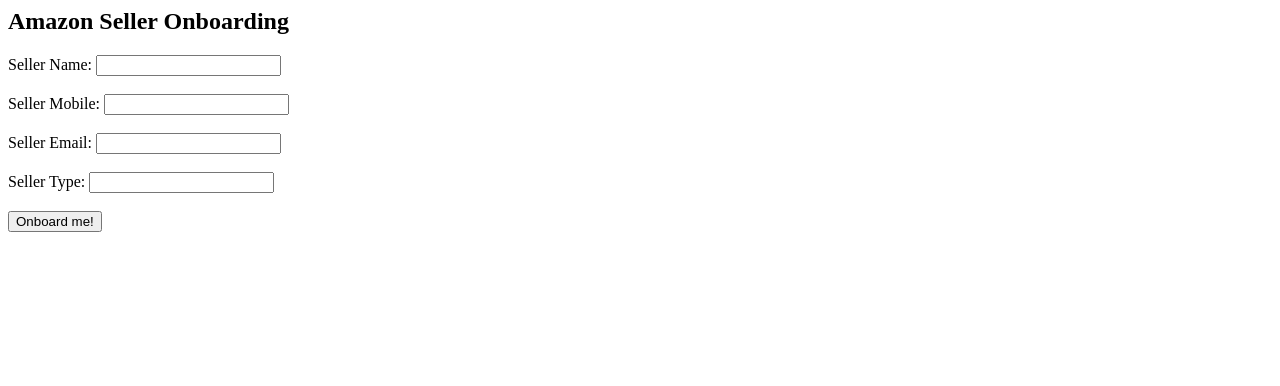
Repository: munnaksah/spring-framework-core
Page: http://localhost/Amazon-Reseller-Onboarding/
These files come from the project's save history. The page is drawn as it stood at one moment and after the next save; the edit follows.
The browser window is 1280 px wide. The pictures show the whole page.
The page is served by Tomcat 9. Other server files are loaded and not shown.

Above is the page before, as saved 2026-04-04 09:56:36.

### Amazon-Reseller-Onboarding/src/main/webapp/index.jsp
<html>
<body>
	<h2>Amazon Seller Onboarding</h2>

	<form action="onboarding" method="post">

		Seller Name: <input type="text" name="sellerName"><br><br>

		Seller Mobile: <input type="text" name="sellerMobile"><br><br>

		Seller Email: <input type="text" name="sellerEmail"><br><br>

		Seller Type: <input type="text" name="sellerType"><br><br>

		<input type="submit" value="Onboard me!">

	</form>

</body>
</html>

After the next save:
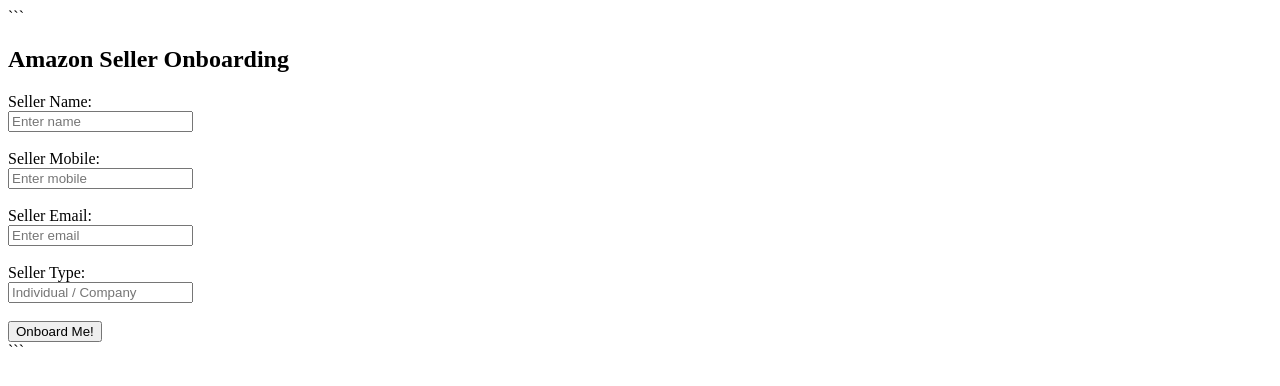
Saved 45 min 56 s later.
--- a/Amazon-Reseller-Onboarding/src/main/webapp/index.jsp
+++ b/Amazon-Reseller-Onboarding/src/main/webapp/index.jsp
@@ -1,20 +1,32 @@
+<!DOCTYPE html>
+
 <html>
+<head>
+    <title>Amazon Seller Onboarding</title>
+</head>
 <body>
-	<h2>Amazon Seller Onboarding</h2>
 
-	<form action="onboarding" method="post">
+```
+<h2>Amazon Seller Onboarding</h2>
 
-		Seller Name: <input type="text" name="sellerName"><br><br>
+<form action="onboarding" method="post">
 
-		Seller Mobile: <input type="text" name="sellerMobile"><br><br>
+    <label>Seller Name:</label><br>
+    <input type="text" name="sellerName" placeholder="Enter name"><br><br>
 
-		Seller Email: <input type="text" name="sellerEmail"><br><br>
+    <label>Seller Mobile:</label><br>
+    <input type="text" name="sellerMobile" placeholder="Enter mobile"><br><br>
 
-		Seller Type: <input type="text" name="sellerType"><br><br>
+    <label>Seller Email:</label><br>
+    <input type="email" name="sellerEmail" placeholder="Enter email"><br><br>
 
-		<input type="submit" value="Onboard me!">
+    <label>Seller Type:</label><br>
+    <input type="text" name="sellerType" placeholder="Individual / Company"><br><br>
 
-	</form>
+    <input type="submit" value="Onboard Me!">
+
+</form>
+```
 
 </body>
 </html>
